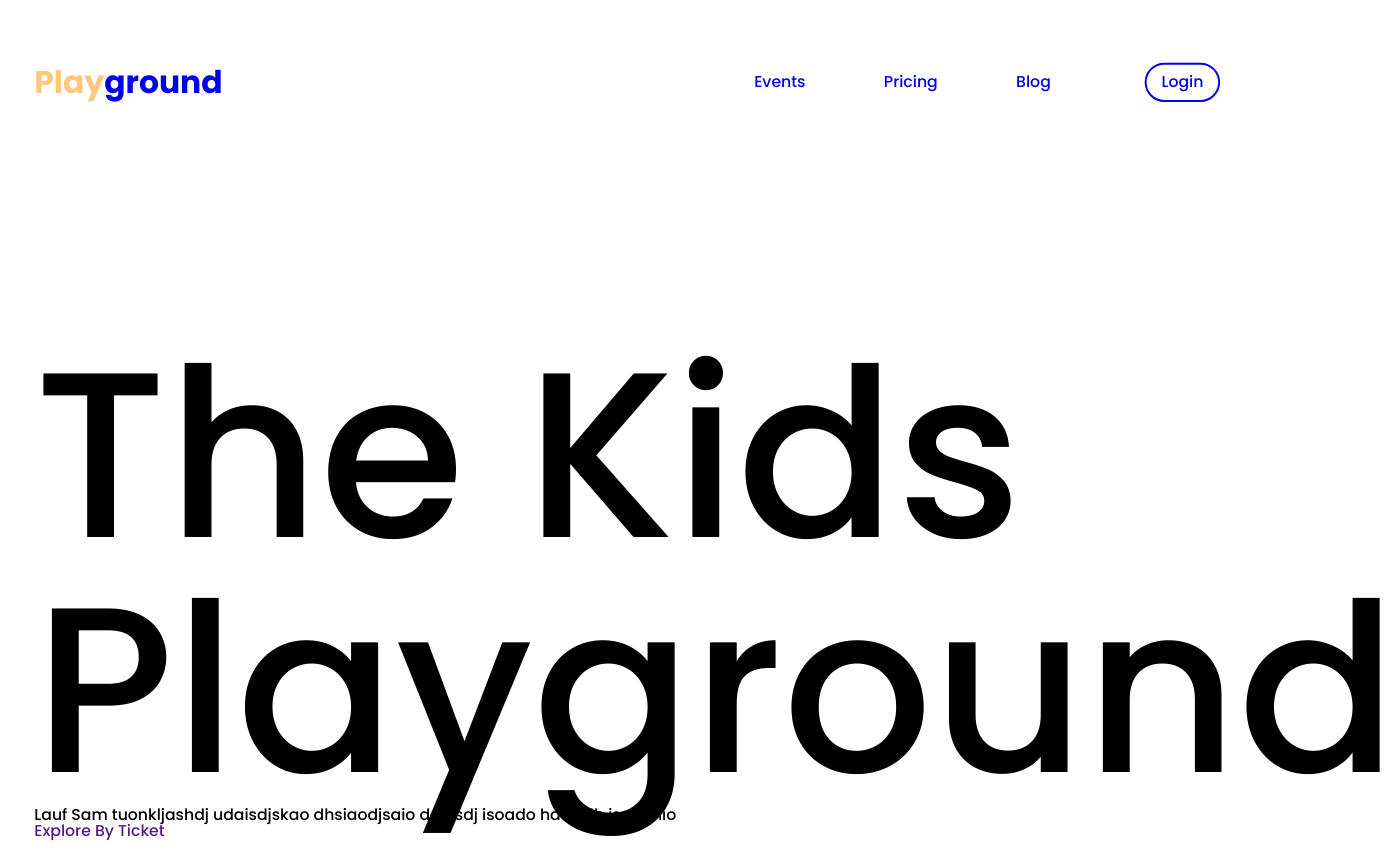
Repository: lausamtuong/Cut-psd-to-html
Page: index.html
The author's editor kept a copy of each file at every save. The page is drawn from the files as they stood at one save, then again after the next save.
The browser window is 1280 px wide. The page is 1426 px wide, then 1280 px, so the pictures cover 1426 px, including what lies to the right of the window. The pictures show the whole page, at 98% of full size.
The style sheet was rebuilt from its Sass, Less or Tailwind sources for each picture, by a compiler version that may differ from the author's.

Above is the page before, as saved 2021-12-06 15:26:28.

### index.html
<!DOCTYPE html>
<html lang="en">
<head>
    <meta charset="UTF-8">
    <meta http-equiv="X-UA-Compatible" content="IE=edge">
    <meta name="viewport" content="width=device-width, initial-scale=1.0">

    <title>Document</title>
    <link rel="stylesheet" href="style.css">
    <link rel="stylesheet" href="reset.css">
    <link href="https://fonts.googleapis.com/css2?family=Lato:ital,wght@1,700;1,900&family=Poppins:wght@300;500;700&display=swap" rel="stylesheet">

</head>
<body>
    <div class="wrapper">
        <header class="header">
            <div class="container header__iner">
                <a href="index.html" class="logo">
                    <span class="logo__text">Play</span>ground
                </a>
                <nav class="header__menu">
                    <ul class="header__menu-list">
                        <li class="header__menu-item">
                            <a href="#" class="header__menu-link">Events</a>
                        </li>
                        <li class="header__menu-item">
                            <a href="#" class="header__menu-link">Pricing</a>
                        </li>
                        <li class="header__menu-item">
                            <a href="#" class="header__menu-link">Blog</a>
                        </li>
                        <li class="header__menu-item">
                            <a href="#" class="header__menu-link header__menu-login">Login</a>
                        </li>
                    </ul>
                </nav>
            </div>
        </header>
        <section class="banner">
            <div class="container">
                <h1 class="banner__headding">
                    The Kids Playground
                </h1>
                <p class="banner__decs">Lauf Sam tuonkljashdj udaisdjskao dhsiaodjsaio doiasdj isoado hasiodh isaodhio</p>
                <div class="banner__buttons">
                    <a href="" class="btn">Explore</a>
                    <a href="" class="btn">By Ticket</a>
                </div>
            </div>
        </section>
    </div>
</body>
</html>

### reset.css
/* http://meyerweb.com/eric/tools/css/reset/
   v2.0 | 20110126
   License: none (public domain)
*/

html, body, div, span, applet, object, iframe,
h1, h2, h3, h4, h5, h6, p, blockquote, pre,
a, abbr, acronym, address, big, cite, code,
del, dfn, em, img, ins, kbd, q, s, samp,
small, strike, strong, sub, sup, tt, var,
b, u, i, center,
dl, dt, dd, ol, ul, li,
fieldset, form, label, legend,
table, caption, tbody, tfoot, thead, tr, th, td,
article, aside, canvas, details, embed,
figure, figcaption, footer, header, hgroup,
menu, nav, output, ruby, section, summary,
time, mark, audio, video {
	margin: 0;
	padding: 0;
	border: 0;
	font-size: 100%;
	font: inherit;
	vertical-align: baseline;
    font-family: "Poppins",sans-serif;
}
/* HTML5 display-role reset for older browsers */
article, aside, details, figcaption, figure,
footer, header, hgroup, menu, nav, section {
	display: block;
}
body {
	line-height: 1;
}
ol, ul {
	list-style: none;
}
blockquote, q {
	quotes: none;
}
blockquote:before, blockquote:after,
q:before, q:after {
	content: '';
	content: none;
}
table {
	border-collapse: collapse;
	border-spacing: 0;
}

### style.scss
$primary-color:#ffc87a;
$text-color:#551a8b;
a{
    text-decoration: none;
}
.container{
    padding: 0 20px;
    max-width: 1210px;
    margin: 0 auto;

}
.header{
    padding-top: 4rem;
    &__iner{
        display: flex;
        justify-content:space-between;
        align-items: center;

    }
    &__menu{
        &-list{
        display: flex;
        align-items: center;
        }
        &-item{
            margin-left: 5rem;
            &:last-child{
                margin-left: 6rem;
            }
        }
        &-link{
            font-size: 16px;
            &:hover{
                color:$primary-color;
                transition:  0.3s linear;
            }
        }
        &-login{
            padding: 10px 15px;
            display:inline-block;
            border:2px solid;
            border-radius: 100rem;
        }
    }
}
.logo{
font-size: 2rem;
font-weight: 600;
&:focus{
    color: $text-color;
}
&__text{
    color:$primary-color
}
}
.banner{
    padding-top:15rem;
    &__headding{
        font-size: 15rem;
    }
}

After the next save:
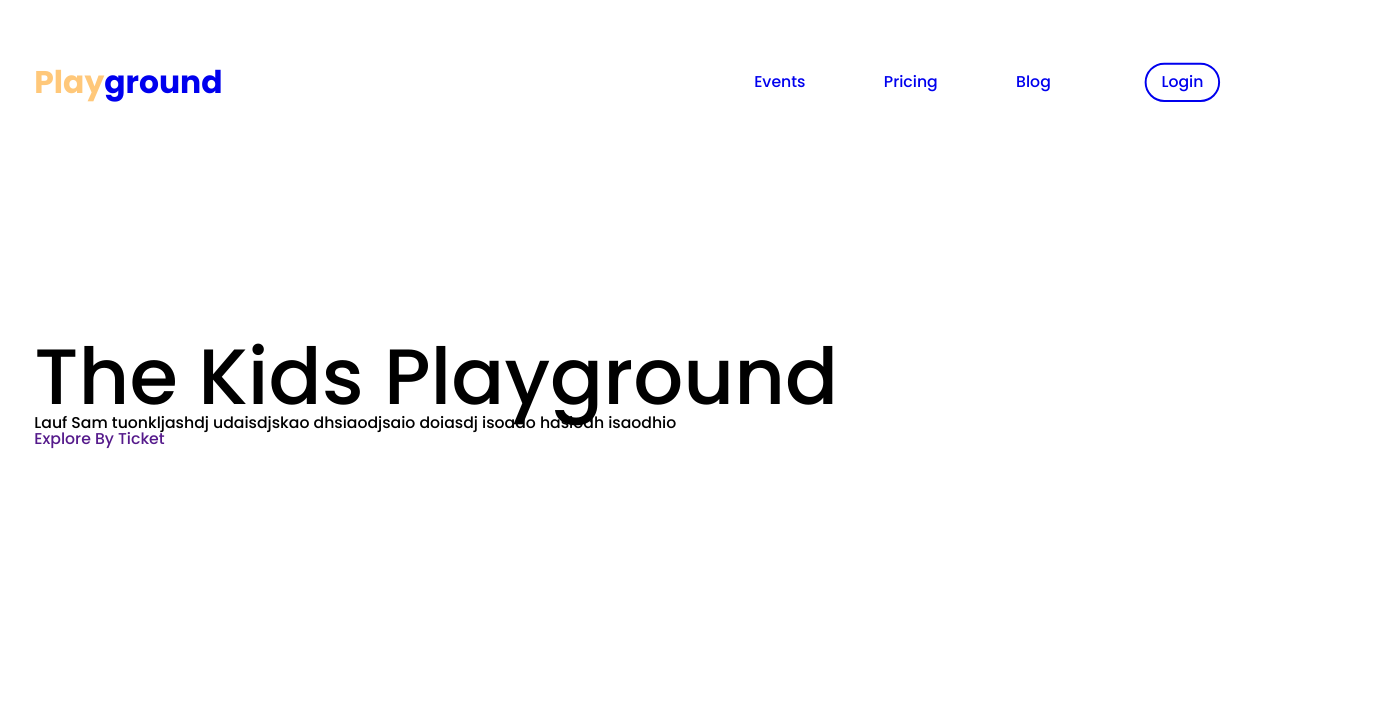
Saved 5 s later.
--- a/style.scss
+++ b/style.scss
@@ -56,6 +56,6 @@
 .banner{
     padding-top:15rem;
     &__headding{
-        font-size: 15rem;
+        font-size: 5rem;
     }
 }
